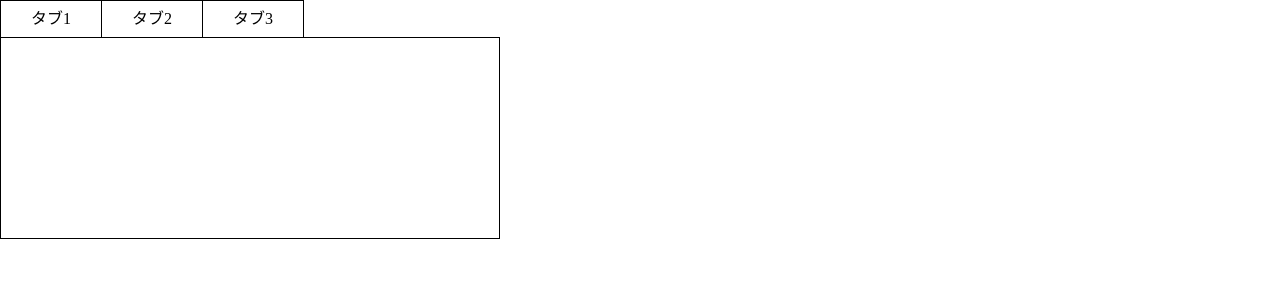
Repository: masanarimiura/20220617_miura
Page: index.html
An editor plug-in stored every save of this project. The page is shown before and after the next save, followed by the edit.
The browser window is 1280 px wide. The pictures show the whole page.

Above is the page before, as saved 2022-06-17 18:04:18.

After the next save:
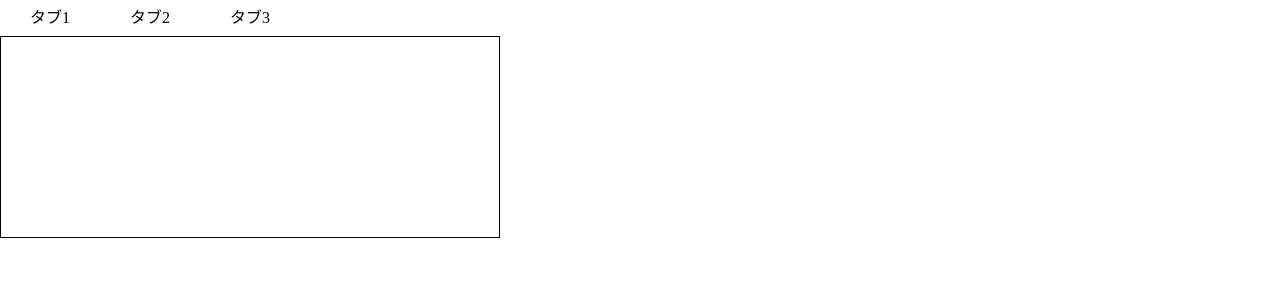
Saved 78 s later.
--- a/index.html
+++ b/index.html
@@ -188,9 +188,7 @@
       cursor: pointer;
       list-style: none;
       width: 100px;
-      border-top: 1px solid #000;
-      border-left: 1px solid #000;
-      border-right: 1px solid #000;
+
     }
 
     .tabMenuItem:not(:first-child) {

After the 2 saves that followed:
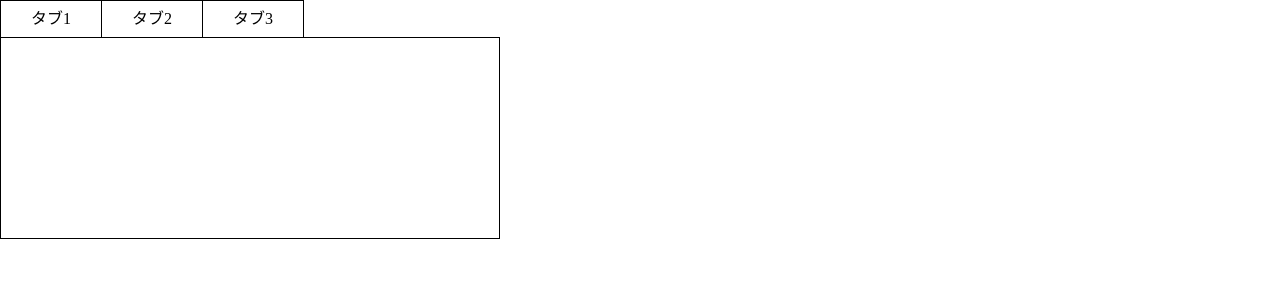
The 2 saves are shown as one change because they came seconds apart.
The last was saved 16 s later.
--- a/index.html
+++ b/index.html
@@ -188,7 +188,9 @@
       cursor: pointer;
       list-style: none;
       width: 100px;
-
+      border-top: 1px solid #000;
+      border-left: 1px solid #000;
+      border-right: 1px solid #000;
     }
 
     .tabMenuItem:not(:first-child) {
